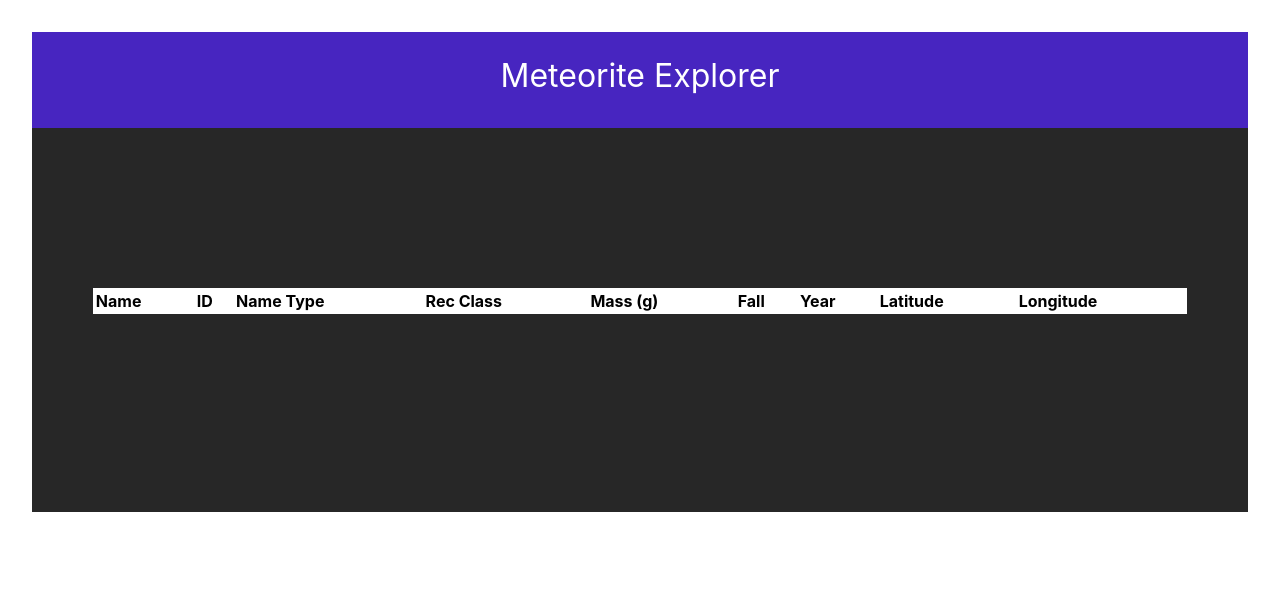
Repository: Tsardines/meteorite-explorer
Page: / (app in meteorite-explorer/)
An editor plug-in stored every save of this project. The page is shown before and after the next save, followed by the edit.
The browser window is 1280 px wide. The pictures show the whole page.
The page's requests for data from a server got no answer. The project was rebuilt for these pictures with package versions that can differ from the ones it lists, and the page was loaded fresh each time. No one was signed in, and anything a server would have sent is missing.

Above is the page before, as saved 2019-05-27 16:57:11.

### meteorite-explorer/src/App.js
import React, { Component } from 'react';
import './App.css';

// import { BootstrapTable, TableHeaderColumn } from 'react-bootstrap-table';
// import 'react-bootstrap-table-next/dist/react-bootstrap-table2.min.css';

// import Table from 'react-bootstrap/Table';

class App extends Component {
  constructor(props) {
    super(props);

  this.state = {
    items: []
  };
  this.componentWillMount = this.componentWillMount.bind(this);
}

componentWillMount() {
  fetch('https://data.nasa.gov/resource/gh4g-9sfh.json')
  .then(res => res.json())
  .then(data => {
    this.setState({ items: data });
  });
}


  render() {

    const { items } = this.state;

    return (


      <div className="wrapper">
        <div className="header">Meteorite Explorer</div>
        <table className="my-table">
          <thead>
            <th>Name</th>
            <th>ID</th>
            <th>Name Type</th>
            <th>Rec Class</th>
            <th>Mass (g)</th>
            <th>Fall</th>
            <th>Year</th>
            <th>Latitude</th>
            <th>Longitude</th>
          </thead>

          <tbody>
          { items.map((item, num) => {
            return (
              <tr>
                <td><p key={num}>{item.name}</p></td>
                <td><p key={num}>{item.id}</p></td>
                <td><p key={num}>{item.nametype}</p></td>
                <td><p key={num}>{item.recclass}</p></td>
                <td><p key={num}>{item.mass}</p></td>
                <td><p key={num}>{item.fall}</p></td>
                <td><p key={num}>{item.year}</p></td>
                <td><p key={num}>{item.reclat}</p></td>
                <td><p key={num}>{item.reclong}</p></td>
              </tr>
            )
          })}
          </tbody>
        </table>
      </div>
    )
  } // render

}

export default App;

### meteorite-explorer/src/App.css
body {
  margin: 2rem;
}

.header {
  background-color: rgb(71, 37, 192);
  color: white;
  font-size: 2rem;
  height: 3rem;
  padding: 1.5rem 0;
  text-align: center;
}

.wrapper {
  background-color: rgb(39, 39, 39);
  height: 30rem;
  overflow-y: scroll;
}

.my-table {
  background-color: white;
  margin: 10rem auto;
  width: 90%;
}

tr:nth-child(odd):hover {
  background-color: rgb(143, 143, 143);
}

thead > th {
  text-align: left;
}

Loaded but not shown: meteorite-explorer/public/index.html (common file); meteorite-explorer/src/index.js (common file); meteorite-explorer/src/index.css (common file); meteorite-explorer/src/serviceWorker.js (common file)

After the next save:
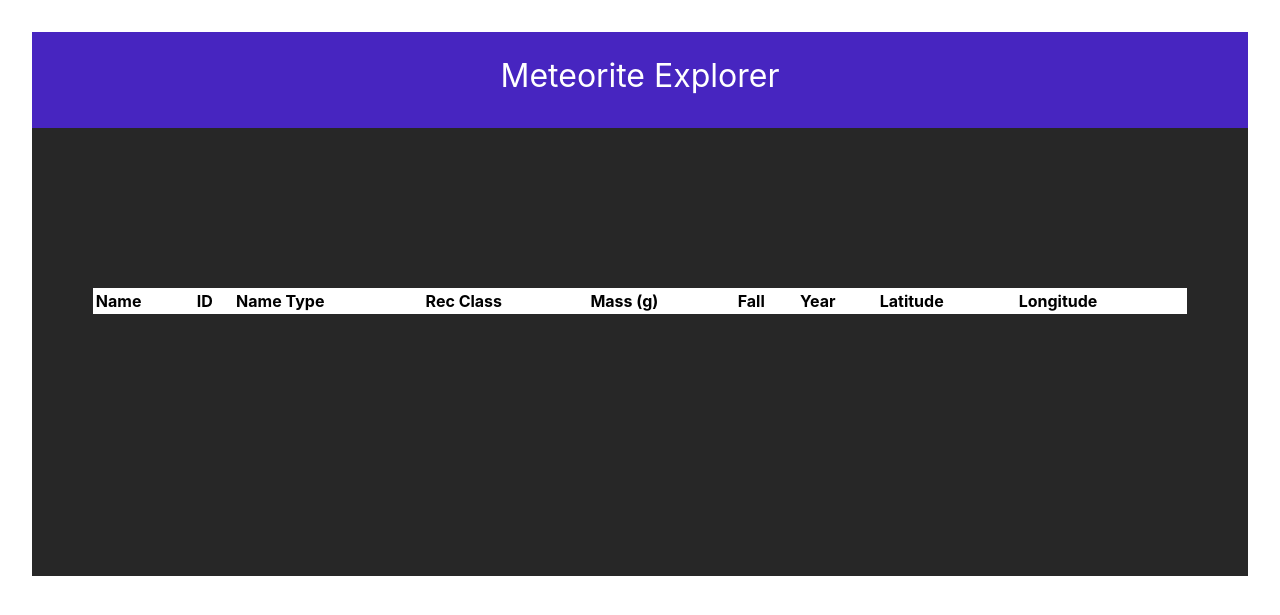
Saved 5 s later.
--- a/meteorite-explorer/src/App.css
+++ b/meteorite-explorer/src/App.css
@@ -13,7 +13,7 @@ body {
 
 .wrapper {
   background-color: rgb(39, 39, 39);
-  height: 30rem;
+  height: 34rem;
   overflow-y: scroll;
 }
 
